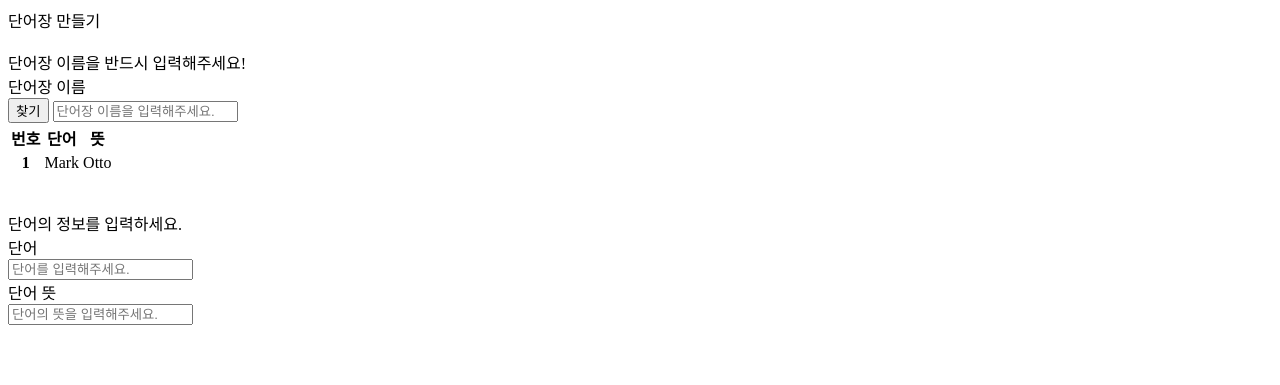
Repository: Pastelkun99/remembrance
Page: http://localhost/ProjectRemembrance/WEB-INF/views/menu_pages/11_makeWordCard.jsp
These files come from the project's save history. The page is drawn as it stood at one moment and after the next save; the edit follows.
The browser window is 1280 px wide. The pictures show the whole page.
The page is served by Tomcat 9. Nobody is signed in. Other server files are loaded and not shown. The template is opened directly, without the code that normally fills it, so the values that code supplies are empty.

Above is the page before, as saved 2019-08-27 13:33:37.

### ProjectRemembrance/src/main/webapp/WEB-INF/views/menu_pages/11_makeWordCard.jsp
<%@ page language="java" contentType="text/html; charset=UTF-8"
	pageEncoding="UTF-8"%>
<%@ taglib uri="http://java.sun.com/jsp/jstl/core" prefix="c"%>
<%@ taglib uri="http://www.springframework.org/tags/form" prefix="form"%>

<div class="container">
	<div class="alert alert-success" role="alert">단어장 만들기</div>
	<br /> <label for="basic-url">단어장 이름을 반드시 입력해주세요!</label>
	<div class="input-group mb-3">
		<div class="input-group-prepend">
			<span class="input-group-text" id="basic-addon1">단어장 이름</span>
		</div>
			<button type="button" class="btn btn-primary">찾기</button>
		<input type="text" class="form-control" id="q_name"
			placeholder="단어장 이름을 입력해주세요." required="required"> </br>
	</div>
	<table class="table">
		<thead class="thead-light">
			<tr>
				<th scope="col">번호</th>
				<th scope="col">단어</th>
				<th scope="col">뜻</th>
			</tr>
		</thead>
		<tbody>
			<tr>
				<th scope="row">1</th>
				<td>Mark</td>
				<td>Otto</td>
			</tr>
		</tbody>
	</table>

</div>



</br>
</br>
<div class="container" align="left">
	<label for="basic-url"> 단어의 정보를 입력하세요.</label>
	<div class="row">
		<div class="col">
			<div class="input-group mb-3">
				<div class="input-group-prepend">
					<span class="input-group-text" id="basic-addon1">단어</span>
				</div>
				<input type="text" class="form-control" id="q_front"
					placeholder="단어를 입력해주세요." required="required">
			</div>

		</div>
		<div class="col">
			<div class="input-group mb-3">
				<div class="input-group-prepend">
					<span class="input-group-text" id="basic-addon3">단어 뜻</span>
				</div>
				<input type="text" class="form-control" id="q_back"
					placeholder="단어의 뜻을 입력해주세요." required="required">
			</div>

		</div>
	</div>
</div>

After the next save:
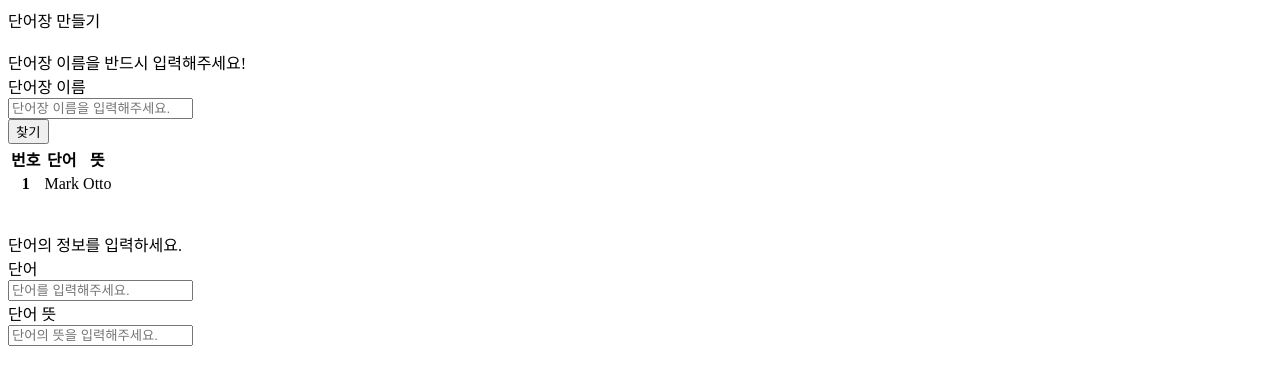
Saved 9 s later.
--- a/ProjectRemembrance/src/main/webapp/WEB-INF/views/menu_pages/11_makeWordCard.jsp
+++ b/ProjectRemembrance/src/main/webapp/WEB-INF/views/menu_pages/11_makeWordCard.jsp
@@ -10,9 +10,9 @@
 		<div class="input-group-prepend">
 			<span class="input-group-text" id="basic-addon1">단어장 이름</span>
 		</div>
-			<button type="button" class="btn btn-primary">찾기</button>
 		<input type="text" class="form-control" id="q_name"
 			placeholder="단어장 이름을 입력해주세요." required="required"> </br>
+			<button type="button" class="btn btn-primary">찾기</button>
 	</div>
 	<table class="table">
 		<thead class="thead-light">
